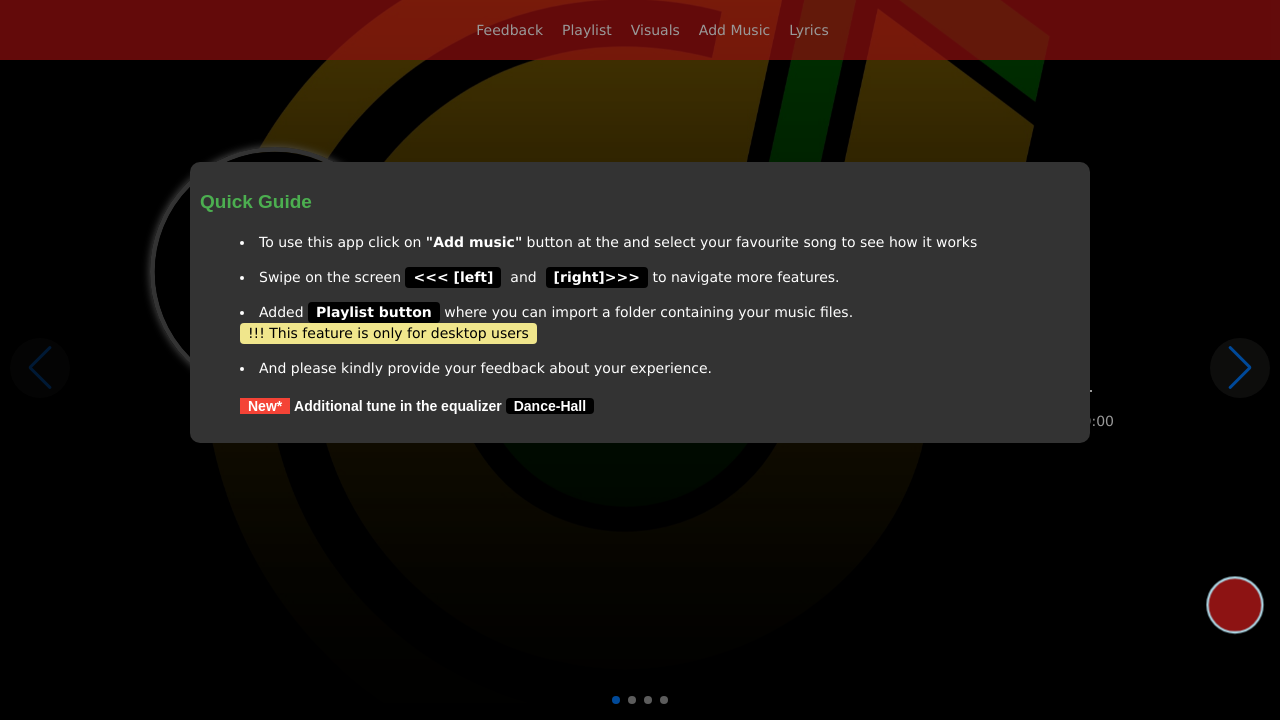
Repository: Mugamba669/JS-MusicFx
Page: Eq.html
An editor plug-in stored every save of this project. The page is shown before and after the next save, followed by the edit.
The browser window is 1280 px wide. The pictures show the whole page.
Some icons come from a web library that is not loaded, so they are not drawn.

Above is the page before, as saved 2021-07-27 05:42:31.

### Eq.html
<!DOCTYPE html>
<html lang="en">

<head>
    <meta charset="utf-8">
    <!-- <title>AudioDroid-WebVersion</title> -->
    <meta name="viewport" content="width=device-width, initial-scale=1, minimum-scale=1, maximum-scale=1">

    <!-- Demo styles -->
    <link rel="stylesheet" href='./tools/swiper-bundle.min.css'>
    <link rel="stylesheet" type="text/css" href="./tools/font-awesome-4.3.0/css/font-awesome.css"></link>
    <link rel="stylesheet" type="text/css" href="./tools/Eq.css"></link>
</head>

<body>
    <!-- Swiper -->
    <div class="pop-container">
        <div class="pop-content">
            <p>Do you want to restore your current settings?</p>
            <button id="done">OK</button>
            <button id="cancel">Cancel</button>
        </div>
    </div>

    <div class="t-container">
        <div class="t-content">
            <p>Do you want to restore your current settings?</p>
            <button id="t-done">OK</button>
            <button id="t-cancel">Cancel</button>
        </div>
    </div>

    <div class="r-container">
        <div class="r-content">
            <p>Do you want to restore your current settings?</p>
            <button id="r-done">OK</button>
            <button id="r-cancel">Cancel</button>
        </div>
    </div>
<!-- lyrics -->
<div class="lyrics-container">
    <div class="lyrics-wrapper">
        <p class="lyrics">No lyrics found</p>
    </div>
</div>
<!-- playlist -->
    <div class="w3-modal w3-container plist">
        <div class="w3-modal-content list">
                <p>Tracks ( <b class="total">0</b> )<label class="w3-indigo btn-playlist" for="tracks">Open Folder</label></p>
                <button class="fab-btn fa fa-arrow-right"></button>
                <!-- loader -->
                <div class="loader-container">
                    <!-- loader body -->
                    <div class="loader-body">
                        <!-- text-wrapper -->
                        <div class="text-wrapper">
                            <p class="text-l"><span class="text-output">0</span>&nbsp;&nbsp;%</p>
                        </div>
                        <!-- loader-widget -->
                        <div class="loader-wrapper">
                            <span class="progress-loader"></span>
                        </div>
                           <!-- animate backgro
                    <div class="loader-animate"></div> -->
                    </div>
                    <div class="success-container">
                        <p>Loaded <b class="msg"></b></p>
                    </div>
                </div>
        </div>

    </div>
    <input type="file" style="display: none;" accept='audio/*' webkitdirectory id='tracks'/>
    <!-- deprected -->
    <div id="mono-error" class="w3-animate-zoom w3-modal">
        <div class="w3-modal-content w3-khaki">
            <h3>This feature is <b class="w3-text-red">Depreacted</b> in ths version but will be supported in later version.</h3>
        </div>
    </div>
    <!-- bottom sheet -->
    <div class="bottom-container">
        <div class="bottom-sheet">
            <p class="next-track">Next Track</p>
        </div>
    </div>
    <!-- Changelog -->
    <div id="changelog" class="w3-modal">
        <div id="change-cont" style="overflow: auto;" class="w3-modal-content">
            <dl class="w3-text-green">Quick Guide</dl>
            <dt>
            <p><dd><li>To use this app click on <b>"Add music"</b>  button at the and select your favourite song to see how it works</li></dd></p>
            <p><dd><li>Swipe on the screen <b class="w3-tag w3-round"><<< [left]</b>&nbsp;&nbsp;and&nbsp;&nbsp;<b class="w3-tag w3-round">[right]>>></b> to navigate more features.</li></dd></p>
            <p><dd class=""><li>Added <b class="w3-tag w3-round">Playlist button</b> where you can import a folder containing your music files.<label class="w3-tag w3-khaki w3-round">!!! This feature is only for desktop users</label></label> </li></dd></p>
            <p><dd><li>And please kindly provide your feedback about your experience.</li></dd></p>
          </dt>
            <dl>
                <!-- <dt class="w3-tag w3-black">Changelog</dt><br> -->
                <!-- <dd> <span class="w3-tag w3-red">New*</span>&nbsp;Auto EQ-Tunner.</dd><br> -->
                <dd class="w3-text-white"><span class="w3-tag w3-red">New*</span>&nbsp;Additional tune in the equalizer <b class="w3-tag black w3-round">Dance-Hall</b></dd>
            </dl>
            <div class="fab">
                <button class="btn-fab fa fa-check" id="close-log"></button>
            </div>
        </div>
    </div>
    <!-- pop up for visualizers-->
    <div class="box w3-modal w3-animate-top">
        <div class="body w3-modal-content ">
            <p class="w3-hover-light-blue"> Visual dancing bars</p>
            <p class="w3-hover-light-blue"> Visual spectrum bars</p>
            <p class="w3-hover-light-blue"> Visual double dancing bars</p>
            <p class="w3-hover-light-blue"> Visual spiral center bars</p>
            <p class="w3-hover-light-blue">No visual Display</p>
        </div>
    </div>
<canvas id="image-color" style="display: none;"></canvas>
    <div class="swiper-container">
        <div class="visualizers">
             <!-- double visualizer -->
         <div class="double-visual">
            <canvas class="db" id="up-bars-visual"></canvas>
            <canvas class="db" id="dw-bars-visual"></canvas>
        </div>
        <!-- -------- -->

        <div class="norm-visual">
            <!-- bars visualizer -->
            <canvas class="bv" id="bars-visual"></canvas>
            <!-- spectrum visualizer -->
            <canvas class="sv" id="spec-visual"></canvas>
        </div>


                        <!-- spiral visualizer -->
                        <div class="spiral">
                            <div class="row1">
                                <canvas class="sp1"></canvas>
                                <canvas class="sp1"></canvas>
                            </div>
                            <div class="row2">
                                <canvas class="sp1"></canvas>
                                <canvas class="sp1"></canvas>
                            </div>
                        </div>
                        <!----------------------------------->

        </div>

        <div class="swiper-wrapper">
            <div class="swiper-slide">
                <br>
                    <div class="body-content">
                        <input type="file" accept="audio/*" id="demo">
                        <br>
                        <div class="image-container">
                            <img src="" id="trackId" alt="TrackId">
                        </div>
                    <div class="main-body">
                        <div class="btn-container">
                            <button class="repeat-off fa fa-repeat" id="prev"></button>
                            <button class="repeat-on fa fa-repeat" id="prev"></button>
                            <button id="prevTrack" class="fa fa-step-backward"></button>

                            <button id="pause" style="cursor: pointer;" class="fa fa-pause btn-tn"></button>
                            <button id="play" style="cursor: pointer;" class="fa fa-play btn-tn"></button>

                            <button class="fa fa-step-forward" id="nextTrack"></button>
                            <button class="mute-on fa fa-volume-off" id="next"></button>
                            <button class="mute-off fa fa-volume-up" id="next"></button>

                        </div>

                        <div class="slider-container ">
                            <input type="range" class="progress-bar" value="0" max="" min="" id="prog">

                        </div>
                        <br>
                        <div id="update">
                            <span class=" w3-tag time">0:00</span><br><span class="w3-tag time">0:00</span>
                        </div>
                    </div>
                </div>
                        <div class="details">
                                <span id="title" class="title"><b>Title</b></span><br/>
                                <div class="bottom-details">
                                    <span id="artist" class="artist">artist </span>
                                    <span class="separator">|</span>
                                    <span id="album" class="album">album</span>
                                    <span class="separator2">|</span>
                                    <span id="size"class="size">size</span>

                                </div>

                        </div>

                <div class="control">
                    <button id="feedback">Feedback</button>
                    <button id="playlist">Playlist</button>
                    <button id="visual-select">Visuals</button>
                    <button id='add-music'>Add Music</button>
                    <button id='lyrics-btn'>Lyrics</button>
                </div>
            </div>
<!-- Equalizer -->
            <div class="swiper-slide shade200">
                <p>Equalizer</p>
                <hr>
                <br>
                <select id="eqns">
     	 <option selected value="normal">Normal</option>
     	 <option value="bass">Hip Hop</option>
        <option value="rock">Rock</option>
        <option value="rnb">R&B</option>
        <option value="reg">Reggea</option>
        <option value="flat">Flat</option>
        <option value="dance">Dance-Hall</option>
        <option value="heavy">Heavy Metal</option>
     	 <option value="vocal">Vocal Boost</option>
     	 <option value="pop">Pop</option>
      </select>
                <br>
                <div class="auto">
                    <button>Auto-EQ</button>
                </div>
                <!-- stereo -->
                <p class="p-label">Stereo : <span id="st-out">0 dB</span></p>
                <input type="range" value="0" max="5" id="stereo" min="0" step="0.01">
                <!-- mid -->
                <p class="p-label">Mid XT : <span id="tb2">0 dB</span></p>
                <input type="range" value="0" max="3" id="treb-boost" min="0" step="0.01">
                <!-- bass -->
                <p class="p-label">Bass : <span id="bb1">50 dB</span></p>
                <input type="range" value="50" max="120" min="0" step="0.01" id="bass">
                <!-- bass-boast -->
                <p class="p-label">Bass Boost : <span id="bb2">2 dB</span></p>
                <input type="range" value="2" max="4" min="0" step="0.01" id='bass-boost'>
                <br>
                <br>
                <button id="reset" class="eq-reset">Reset</button>
                <br>

                <div class="load-body">
                    <b style="text-align: center;"><U>ATTENTION!!!</U></b><br>
                    <i style="color: white;font:bolder 15px Arial;">* By enabling this feature the player will be in able automatically select a suitable <em>EQ</em> for any track playing</i> <br>
                    <button id="ok">Ok</button>
                    <button id="can">Cancel</button>
                </div>
            </div>


            <div class="swiper-slide shade200">
                <p>Audio Tuning</p>
                <hr>
                <p class="p-label">Volume : <span id="vol">17 %</span></p>
                <input type="range" id="vol-add" value="0.17" max="1" min="0" step="0.01">
                <p class="p-label">Speed Rate : <span id="sp-rate">1.00 xp </span></p>
                <input type="range" id="rate-xp" value="1" max="2" min="0.5" step="0.01">

                <p class="p-label">Balance : <span id="bal">0 dB</span></p>
                <input type="range" value="0" id="balance" max="1" min="-1" step="0.01">

                <p class="p-label">Audio Gain : <span id="audio-b">1.0 dB</span></p>
                <input type="range" value="1" id="audio-boost" max="3" min="1" step="0.01">
                <p class="p-label">Limit : <span id="limit">0 dB</span></p>
                <input type="range" value="0" id="audio-limit" max="0" min="-100" step="0.01">
                <br>
                <br>
                <button style="display:none ;" class="tuning" id="reset">Reset</button>

            </div>



            <div class="swiper-slide shade200">
                <p>Room Effects</p>
                <hr>
                <br>
                <div class="switch">
                    <label class="w3-tag w3-round" style="font-size:14px;" for="switch" id="tx">Off</label>
                    <input type="checkbox" id="switch">
                </div>

                <select id="r-effects" disabled>
     		<option value="">Preset</option>
     		<option value="echo">Echo</option>
     		<option value="auditorium">Auditorium</option>
     		<option value="scene">Scene</option>
     		<option value="smallroom">Small Room</option>
     		<option value="medium">Medium Room</option>
     		<option value="greathall">Great Hall</option>
     		<option value="stadium">Stadium</option>
     </select>
                <br>
                <p class="p-label">Delay 01 : <span id="d1">0 dB</span></p>
                <input type="range" id="d1-v" value="0" max="1.6" min="0" step="0.01" disabled='true'>

                <p class="p-label">Size 01 : <span id="s1">0 dB</span></p>
                <input type="range" id="s1-v" value="0" max="1.5" min="0" step="0.01" disabled>

                <p class="p-label">Delay 02 : <span id="d2">0 dB</span></p>
                <input type="range" id="d2-v" value="0" max="1.6" min="0" step="0.01" disabled>

                <p class="p-label">Size 02 : <span id="s2">0 dB</span></p>
                <input type="range" value="0" id="s2-v" max="1.5" min="0" step="0.01" disabled>
                <br>
                <br>
                <button id="reset" class="room">Reset</button>
            </div>
            <!--div class="swiper-slide"></div-->
        </div>
        <div class="swiper-button-next"></div>
        <div class="swiper-button-prev"></div>
        <div class="swiper-pagination"></div>
    </div>



    <!-- Swiper JS -->
    <script src="./tools/swiper-bundle.min.js"></script>
    <script src="./tools/webkit-input-range-fill-lower.min.js"></script>
    <script src="./tools/jquery-1.9.1.min.js"></script>
    <script src="./tools/jquery-ui.min.js"></script>
    <script src="./tools/id3-minimized.js"></script>
    <script src="./tools/default.js"></script>
    <script type="module"  src="./tools/Eq.js"></script>
    <script>
    </script>
</body>

</html>

### tools/Eq.js
import { Equalizer } from "../tools/Equalizer.js";

var controls = {
    spaceBetween: 0,
    parallax:true,
    speed:1000,
    effect:"cube",// flip coverflow cube fade
    gradCursor:true,
    pagination: {
        el: '.swiper-pagination',
        clickable: true,
    },
    coverflowEffect: {
        rotate: 50,
        stretch: 0,
        depth: 100,
        modifier: 1,
        slideShadows: true,
      },
      cubeEffect: {
        shadow: false,
        slideShadows: false,
        shadowOffset: 20,
        shadowScale: 0.94,
      },
    navigation: {
        nextEl: ".swiper-button-next",
        prevEl: ".swiper-button-prev",
      },
}
new Swiper('.swiper-container',controls );

document.addEventListener("DOMContentLoaded", () => {
    new WebkitInputRangeFillLower({
        selectors: ['bass', 'treble','stereo', 'treb-boost', 'bass-boost', 'vol-add', 'rate-xp', 'balance', 'audio-boost', 'audio-limit', 'd1-v', 's1-v', 'd2-v', 's2-v'],
        color: '#63cdff'
    });
    new WebkitInputRangeFillLower({
        selectors: ['audio-boost','.progress-bar' ,'rate-xp'],
        color: '#63cdff'
    });
});
(function($) {
    $('#effects-off').hide();
    $('#effects-on').on('click', function() {
        $(this).hide();
        $('#effects-off').show();
    });

    $('#effects-off').on('click', function() {
        $(this).hide();
        $('#effects-on').show();
    });

    $("#open-btn-container").click(function() {
        $(".button-container").toggleClass("active");
        //$(this).css("opacity","0");
    });
    $(window).on("load", function() {
        $("#changelog").show();
    });
    $("#close-log").click(function() {
        $("#changelog").hide();
    });



    $("#add-music").click(function() {
        $("#demo").click();
    })
    $('#feedback').click(function() {
        location = "mailto:brunohectre@gmail.com";
    })

})(jQuery);

// default display
$(window).on("load", function() {
    document.querySelector(".swiper-container").style.backgroundImage = "url(" + defaultPic.image + ")";
    $("#trackId").attr("src", defaultPic.image);
    $('.fab-btn').addClass('active')
    //   alert("Cordova");
});

$("#visual-select").click(function() {
    $(".box").slideDown();
});
$(".box").click(function() {
    $(this).slideUp();
});
try {
    // Default selection
$("#bars-visual").hide().css("transform", "translateY(115px)");;
$("#spec-visual").hide();
$("#up-bars-visual").hide();
$("#dw-bars-visual").hide();
$(".spiral").show();
} catch (error) {
    console.log(error)
}


// bars visualizer
$(".body p").eq(0).click(function() {
    $("#bars-visual").show().css("transform", "translateY(115px)");;
    $("#spec-visual").hide();
    $(".double-visual").hide();
    $(".spiral").hide();

});

// Spectrum visualizer
$(".body p").eq(1).click(function() {
    $("#spec-visual").show();
    $("#bars-visual").hide();
    $(".double-visual").hide();
    $(".spiral").hide();

});

// double visulizer
$(".body p").eq(2).click(function() {
    $(".double-visual").show();
    $("#up-bars-visual").show();
    $("#dw-bars-visual").show();
    $("#spec-visual").hide();
    $("#bars-visual").hide();
    $(".spiral").hide();

});
// Spiral visualizer
$(".body p").eq(3).click(function() {
    $(".double-visual").hide();
    $("#up-bars-visual").hide();
    $("#dw-bars-visual").hide();
    $("#spec-visual").hide();
    $("#bars-visual").hide();
    $(".spiral").show();
});

// Show no visualizer
$(".body p").eq(4).click(function() {
    $(".double-visual").hide();
    $("#up-bars-visual").hide();
    $("#dw-bars-visual").hide();
    $("#spec-visual").hide();
    $("#bars-visual").hide();
    $(".spiral").hide();
});


$(".auto button").click(function() {
    $(".load-body").show().addClass("active");
});

// playlist
$('#playlist').click(function(){
    $(".plist").addClass('w3-show')
})
// lyrics
$("#lyrics-btn").click(function(){
    $('.swiper-pagination-bullet').eq(2).addClass('swiper-pagination-bullet-active')
})
//
$(".bottom-container").hide();
var q = new Equalizer();/**
    Initiating the Equalizer Engine
     */
q.getFile('#demo');
q.getProgressData('#prog');
q.getControlButtons(".btn-tn");
q.timeUpdate(".time");
q.getTempo("#rate-xp", "#sp-rate");
q.getAudioVolume("#vol-add", "#vol");
q.repeatStopTrack(".repeat-on",".repeat-off",'.mute-on','.mute-off');
q.getPlaylist("#tracks");

Loaded but not shown: tools/swiper-bundle.min.css (library); tools/swiper-bundle.min.js (library); tools/webkit-input-range-fill-lower.min.js (library); tools/jquery-1.9.1.min.js (library); tools/jquery-ui.min.js (library); tools/id3-minimized.js (library); tools/default.js (library); tools/w3.css (library); tools/Equalizer.js (1463 lines, source omitted); tools/Eq.css (1441 lines, source omitted)

After the next save:
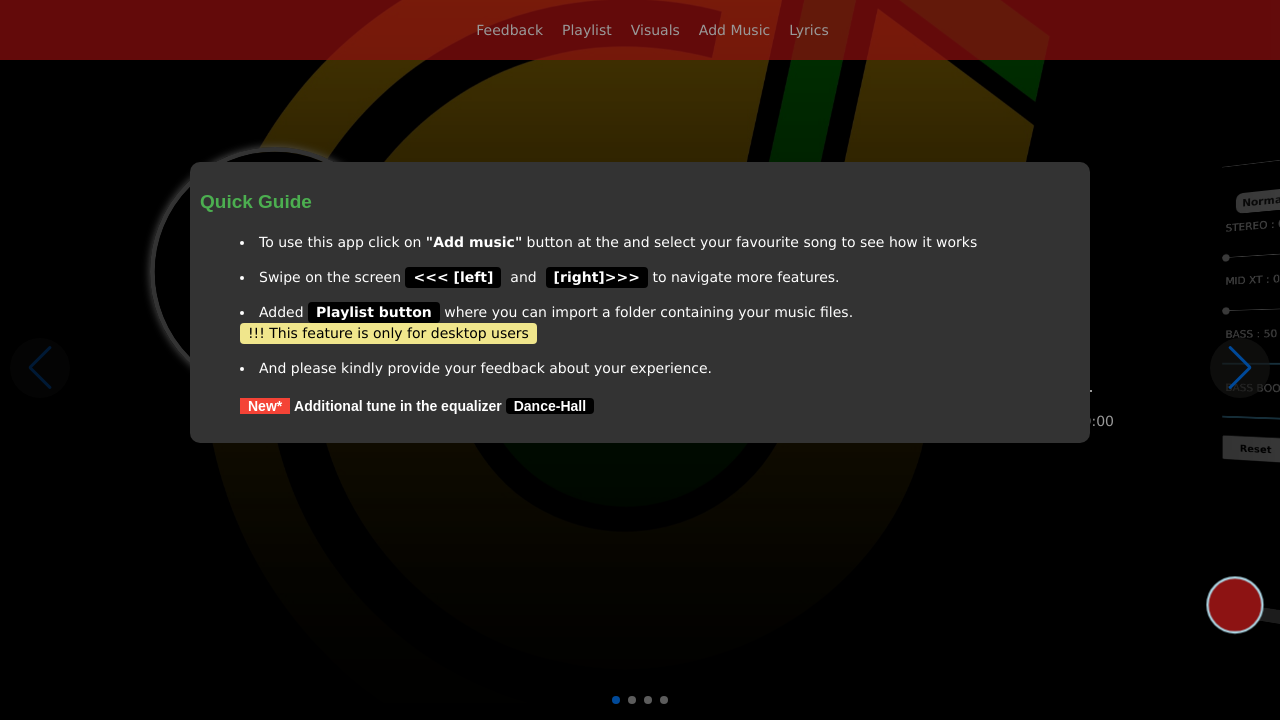
Saved 13 h 19 min later.
--- a/tools/Eq.js
+++ b/tools/Eq.js
@@ -4,7 +4,7 @@ var controls = {
     spaceBetween: 0,
     parallax:true,
     speed:1000,
-    effect:"cube",// flip coverflow cube fade
+    effect:"coverflow",// flip coverflow cube fade
     gradCursor:true,
     pagination: {
         el: '.swiper-pagination',
